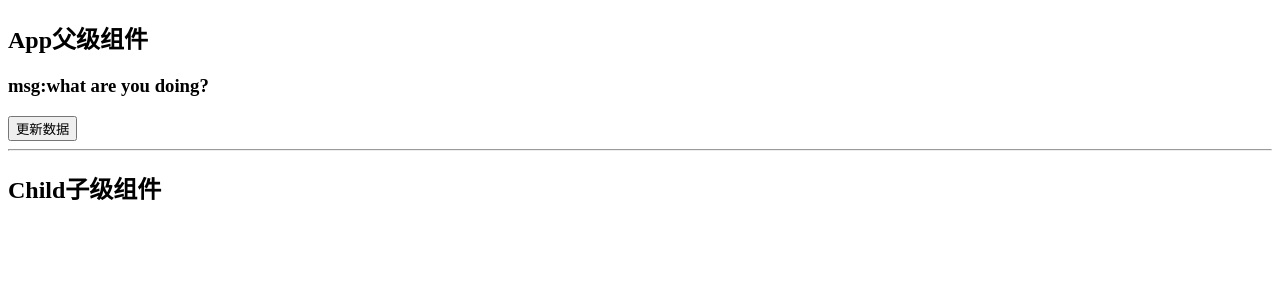
Repository: zhuhongxiang/Vue3.0-TSLeaning
Page: / (app in 04_Vue3/vue3_learning/)
These files come from the project's save history. The page is drawn as it stood at one moment and after the next save; the edit follows.
The browser window is 1280 px wide. The pictures show the whole page.
The project was rebuilt for these pictures with package versions that can differ from the ones it lists, and the page was loaded fresh each time.

Above is the page before, as saved 2021-07-25 21:44:29.

After the next save:
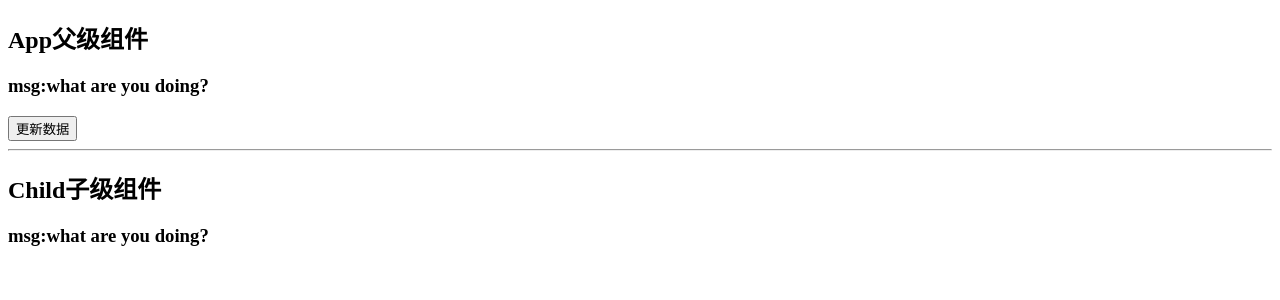
Saved 47 s later.
--- a/04_Vue3/vue3_learning/src/App.vue
+++ b/04_Vue3/vue3_learning/src/App.vue
@@ -3,7 +3,7 @@
   <h3>msg:{{ msg }}</h3>
   <button @click="msg += '==='">更新数据</button>
   <hr />
-  <Child />
+  <Child :msg="msg" />
 </template>
 
 <script lang='ts'>
--- a/04_Vue3/vue3_learning/src/components/Child.vue
+++ b/04_Vue3/vue3_learning/src/components/Child.vue
@@ -1,12 +1,13 @@
 <template>
   <h2>Child子级组件</h2>
+  <h3>msg:{{ msg }}</h3>
 </template>
 
 <script lang='ts'>
 import { defineComponent, reactive } from "vue";
 export default defineComponent({
   name: "Child",
-  props: {},
+  props: ["msg"],
   components: {},
   setup() {
     return {};
